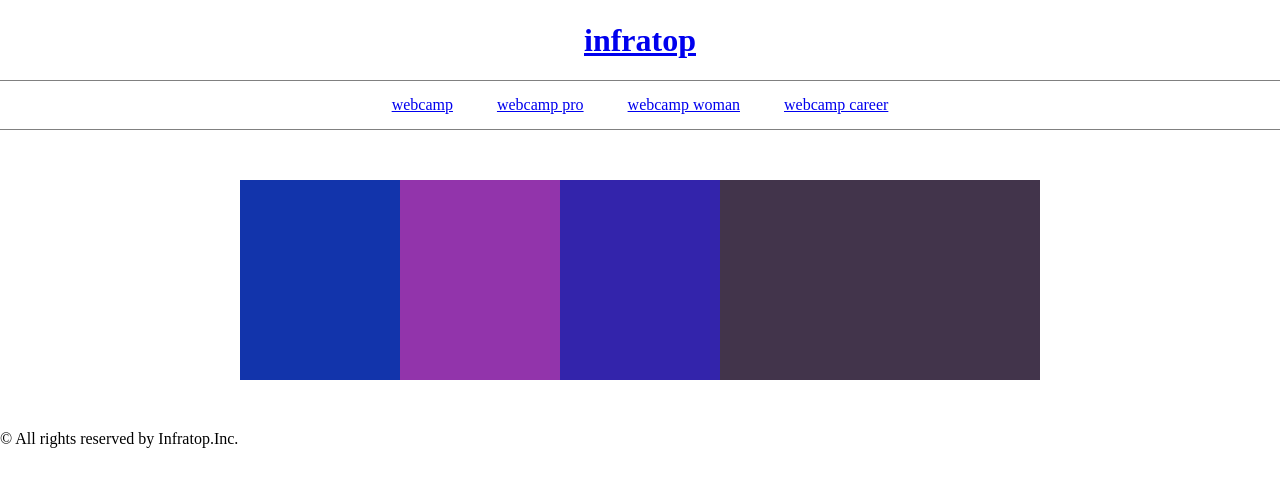
Repository: t-sato-infratop/environment
Page: chapter5_exercise/chapter5_exercise.html
The author's editor kept a record of every edit. The page is drawn from the files as they stood at one moment, then again after the next edit.
The browser window is 1280 px wide. The pictures show the whole page.

Above is the page before.

### chapter5_exercise/chapter5_exercise.html
<!DOCTYPE html>
<html lang="ja">
  <head>
    <meta charset="UTF-8" />
    <link rel="stylesheet" href="chapter5_exercise.css" />
    <title>CARAVAN</title>
  </head>

<body>
  <header>
    <h1 class="header">
      <a href="chapter5_exercise.html">
        infratop
      </a>
    </h1>
  </header>

  <nav>
    <ul class="nav-list">
      <li class="nav-list-item">
        <a href="chapter5_exercise">webcamp</a>
      </li>
      <li class="nav-list-item">
        <a href="chapter5_exercise">webcamp pro</a>
      </li>
      <li class="nav-list-item">
        <a href="chapter5_exercise">webcamp woman</a>
      </li>
      <li class="nav-list-item">
        <a href="chapter5_exercise">webcamp career</a>
      </li>
    </ul>
  </nav>

  <div class="main">
    <div class="box1"></div>
    <div class="box2"></div>
    <div class="box3"></div>
    <div class="box4"></div>
    <div class="box5"></div>
    <div class="box6"></div>
    <div class="box7"></div>
    <div class="box8"></div>
    <div class="box9"></div>
    <div class="box10"></div>
    <div class="box11"></div>
    <div class="box12"></div>
  </div>

  <footer>
    <p class="footer-text">© All rights reserved by Infratop.Inc.</p>
  </footer>

</body>

### chapter5_exercise/chapter5_exercise.css
* {
  margin: 0;
  padding: 0;
  box-sizing: border-box;
}


header {
  padding: 20px 0;
  line-height: 40px;
  text-align: center;
}

.nav-list {
  text-align: center;
  padding: 15px 0;
  margin: 0 auto;
  border-top: solid 1px gray;
  border-bottom: solid 1px gray;
}

.nav-list-item {
  list-style: none;
  display: inline-block;
  margin: 0 20px;
}

.main {
  margin: 50px auto;
  width: 800px;
  display: flex;
  flex-warp: warp;
}

.box1 {
  width: 200px;
  height: 200px;
  background-color: #1234ab
}

.box2 {
  width: 200px;
  height: 200px;
  background-color: #9234ab
}

.box3 {
  width: 200px;
  height: 200px;
  background-color: #3324ab
}

.box4 {
  width: 200px;
  height: 200px;
  background-color: #42344b
}

.box5 {
  width: 200px;
  height: 200px;
  background-color: #42344b
}

After the next edit:
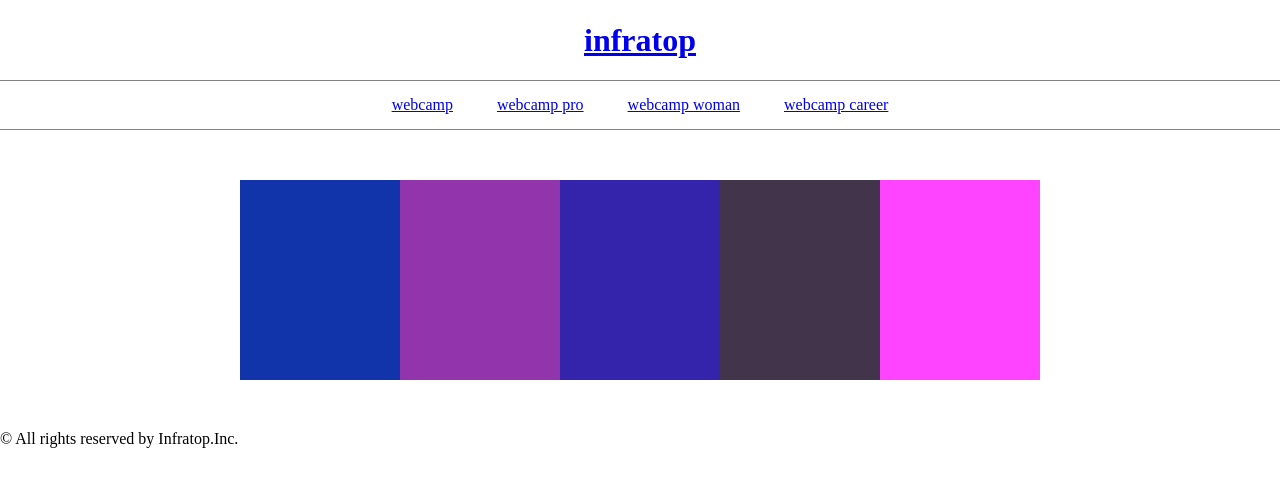
The edit:
--- a/chapter5_exercise/chapter5_exercise.css
+++ b/chapter5_exercise/chapter5_exercise.css
@@ -59,5 +59,5 @@
 .box5 {
   width: 200px;
   height: 200px;
-  background-color: #42344b
+  background-color: #ff44ff
 }
